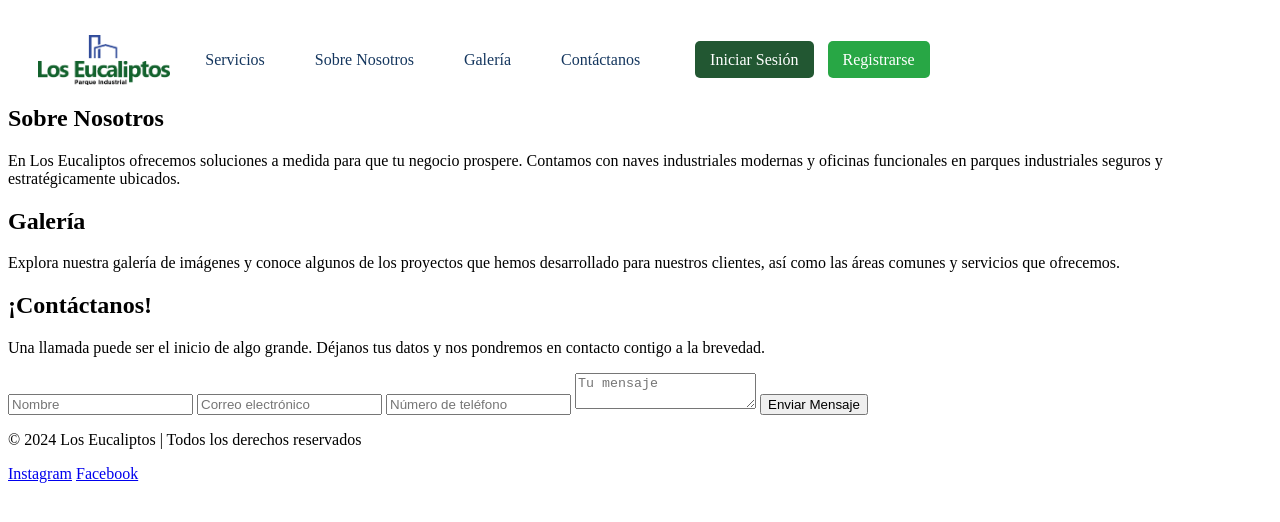
Repository: Los-Eucaliptos-WebApp/Los-Eucaliptos-FrontEnd
Page: pages/los-eucaliptos-home-page/index.html
The author's editor kept a copy of each file at every save. The page is drawn from the files as they stood at one save, then again after the next save.
The browser window is 1280 px wide. The pictures show the whole page.

Above is the page before, as saved 2025-02-16 22:19:00.

### pages/los-eucaliptos-home-page/index.html
<!DOCTYPE html>
<html lang="es">
<head>
    <meta charset="UTF-8">
    <meta name="viewport" content="width=device-width, initial-scale=1.0">
    <title>Los Eucaliptos</title>
    <link rel="stylesheet" href="styles.css">
</head>
<body>

    <!-- ENCABEZADO -->
    <header>
        <div class="logo">
            <img src="/assets/logo-los-eucaliptos.png" alt="Los Eucaliptos Logo">
        </div>

        <nav>
            <ul>
                <li><a href="#servicios">Servicios</a></li>
                <li><a href="#sobre-nosotros">Sobre Nosotros</a></li>
                <li><a href="#galeria">Galería</a></li>
                <li><a href="#contactanos">Contáctanos</a></li>
            </ul>
        </nav>

        <div class="auth-buttons">
            <a href="login.html" class="btn">Iniciar Sesión</a>
            <a href="register.html" class="btn btn-secondary">Registrarse</a>
        </div>
    </header>

    <!-- SECCIÓN PRINCIPAL -->
    <section id="servicios">
        <h2>¡Optimiza tu producción y reduce costos con nuestras naves industriales!</h2>
        <p>Instalaciones modernas y flexibles para satisfacer las necesidades de tu empresa.</p>
    </section>

    <section id="sobre-nosotros">
        <h2>Sobre Nosotros</h2>
        <p>En Los Eucaliptos ofrecemos soluciones a medida para que tu negocio prospere. Contamos con naves industriales modernas y oficinas funcionales en parques industriales seguros y estratégicamente ubicados.</p>
    </section>

    <section id="galeria">
        <h2>Galería</h2>
        <p>Explora nuestra galería de imágenes y conoce algunos de los proyectos que hemos desarrollado para nuestros clientes, así como las áreas comunes y servicios que ofrecemos.</p>
    </section>

    <section id="contactanos">
        <h2>¡Contáctanos!</h2>
        <p>Una llamada puede ser el inicio de algo grande. Déjanos tus datos y nos pondremos en contacto contigo a la brevedad.</p>

        <form action="send-message.php" method="POST">
            <input type="text" name="nombre" placeholder="Nombre" required>
            <input type="email" name="email" placeholder="Correo electrónico" required>
            <input type="tel" name="telefono" placeholder="Número de teléfono" required>
            <textarea name="mensaje" placeholder="Tu mensaje" required></textarea>
            <button type="submit">Enviar Mensaje</button>
        </form>
    </section>

    <footer>
        <p>© 2024 Los Eucaliptos | Todos los derechos reservados</p>
        <div class="social">
            <a href="https://www.instagram.com" target="_blank">Instagram</a>
            <a href="https://www.facebook.com" target="_blank">Facebook</a>
        </div>
    </footer>

</body>
</html>

### pages/los-eucaliptos-home-page/styles.css
header {
    display: flex;
    justify-content: space-between;
    align-items: center;
    background: #ffffff;
    color: rgb(0, 0, 0);
    padding: 15px 30px;
    position: fixed;
}

.logo {
    display: flex;
    align-items: center;
    justify-content: flex-start;
}

/* Tamaño de la imagen */
.logo img {
    width: auto;  /* Permite que el logo no se estire */
    height: 50px; /* Ajusta la altura para que el logo tenga un tamaño adecuado */
    margin-right: 10px;
}

nav {
    display: flex;
    align-items: center;
}

nav ul {
    list-style: none;
    display: flex;
    margin: 0;
    padding: 0;
}

nav ul li {
    margin: 0 15px;
}


nav ul li a {
    color: rgb(20, 54, 94);
    text-decoration: none;
    font-size: 16px;
    padding: 5px 10px;
    transition: color 0.3s ease, background-color 0.3s ease;
}

/* Efecto al pasar el ratón sobre los enlaces */
nav ul li a:hover {
    color: white; /* Cambia el color del texto cuando se pasa el ratón */
    background-color: rgb(26, 113, 72); /* Color de fondo al hacer hover */
    border-radius: 5px; /* Bordes redondeados para mejorar el efecto */
}

/*Authem*/

.auth-buttons {
    margin-left: 20px;
}

.auth-buttons .btn {
    background-color: #225732;
    color: rgb(255, 255, 255);
    padding: 10px 15px;
    border-radius: 5px;
    text-decoration: none;
    margin-left: 10px;
}

.auth-buttons .btn:hover {
    opacity: 0.7;
    background-color: #1c4d24;
}

.auth-buttons .btn-secondary {
    background-color: #28a745;
}

After the next save:
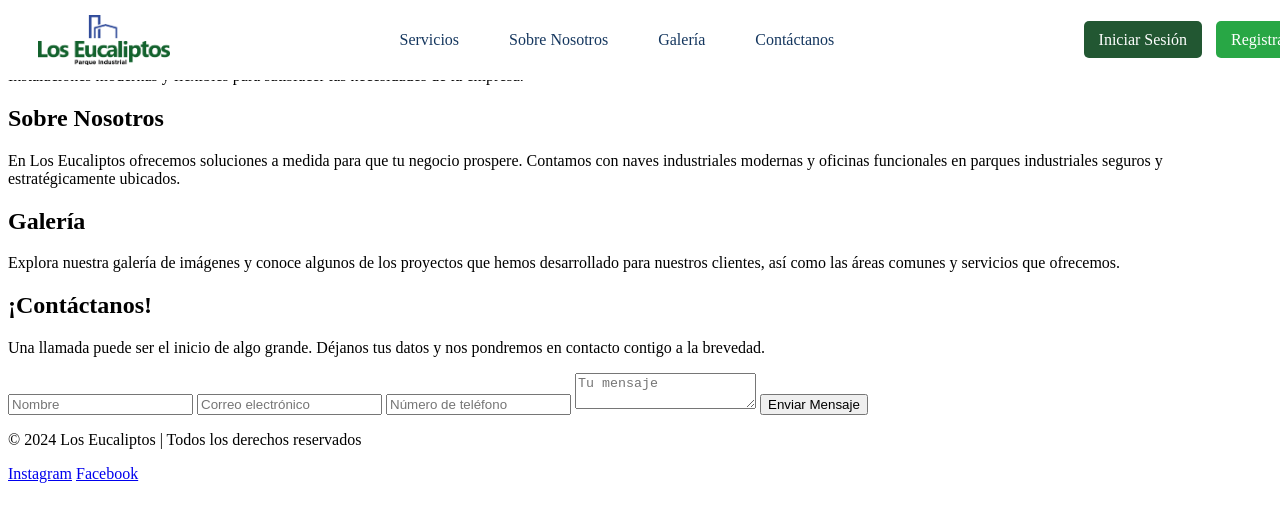
Saved 17 s later.
--- a/pages/los-eucaliptos-home-page/styles.css
+++ b/pages/los-eucaliptos-home-page/styles.css
@@ -6,6 +6,8 @@ header {
     color: rgb(0, 0, 0);
     padding: 15px 30px;
     position: fixed;
+        width: 100%;  /* Esto hace que el encabezado ocupe todo el ancho */
+    top: 0;  /
 }
 
 .logo {
